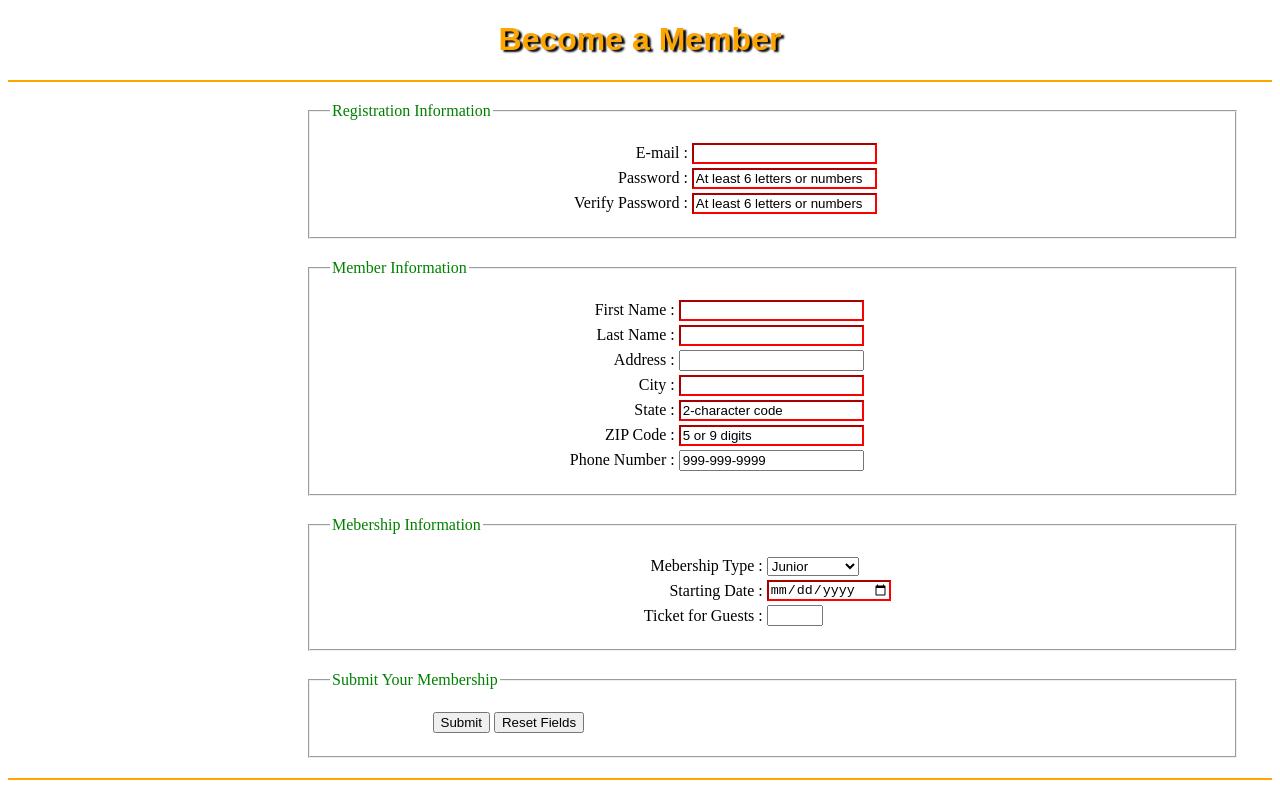
Repository: kjungyoun/Web_Study_2021
Page: 05_seoul08_homework/0302/0302.html
The author's editor kept a copy of each file at every save. The page is drawn from the files as they stood at one save, then again after the next save.
The browser window is 1280 px wide. The pictures show the whole page.
Some web fonts or font styles are not loaded; a fallback is used.

Above is the page before, as saved 2021-03-02 12:48:33.

After the next save:
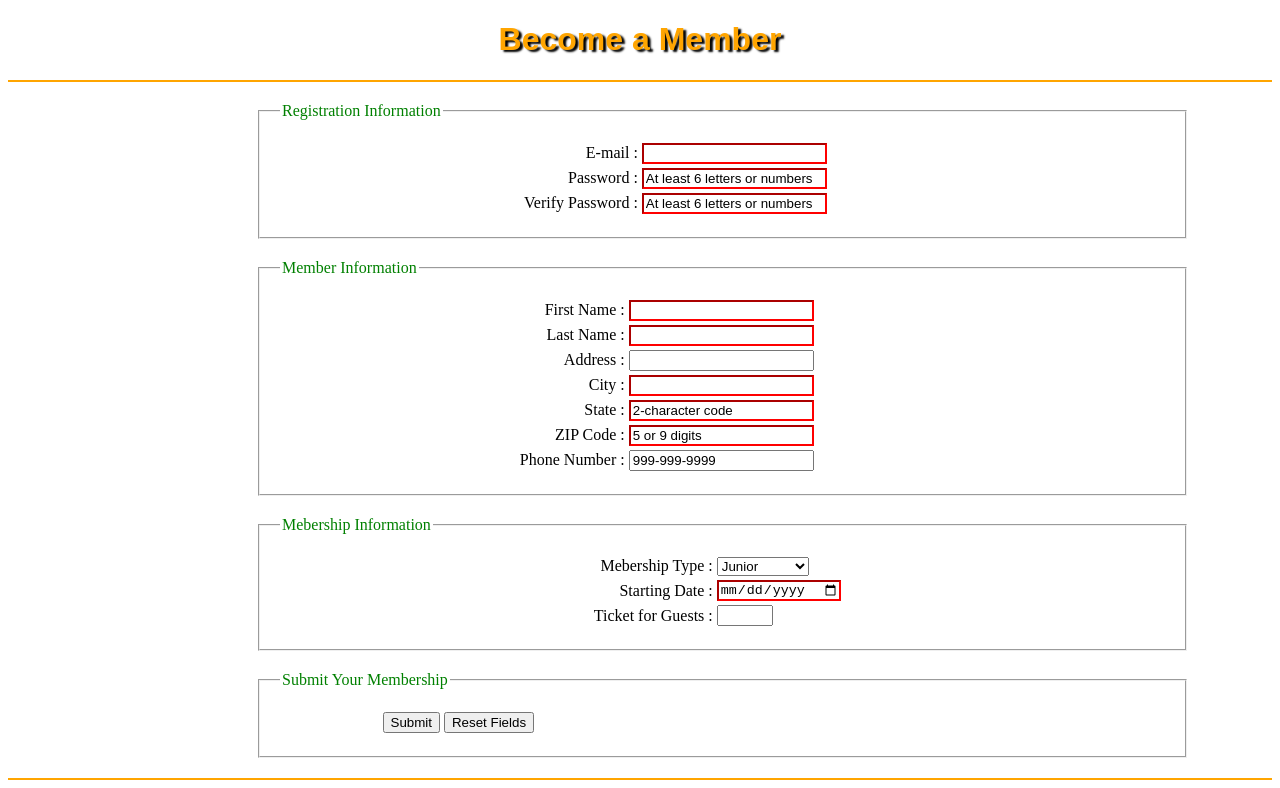
Saved 7 s later.
--- a/05_seoul08_homework/0302/0302.html
+++ b/05_seoul08_homework/0302/0302.html
@@ -8,7 +8,7 @@
 	color: green;
 	width:70%;
 	padding:20px;
-	margin: 20px 300px;
+	margin: 20px 250px;
 	}
 	table {
 	color : black;
